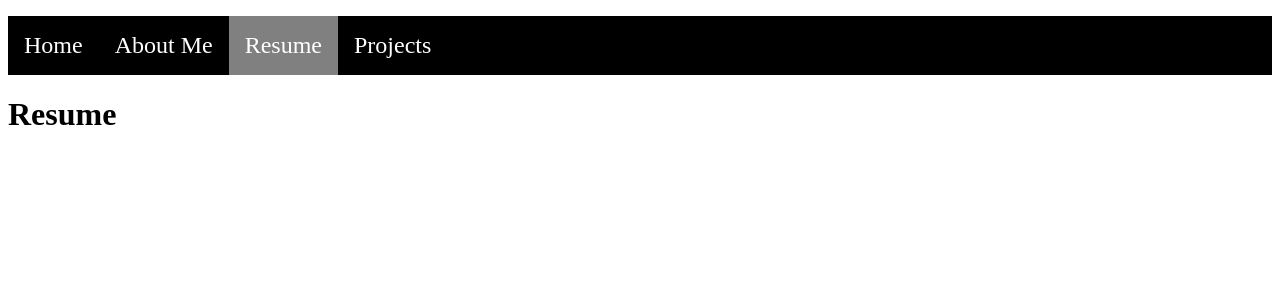
Repository: pflores002/pflores002.github.io
Page: resume.html
The author's editor kept a record of every edit. The page is drawn from the files as they stood at one moment, then again after the next edit.
The browser window is 1280 px wide. The pictures show the whole page.

Above is the page before.

After the next edit:
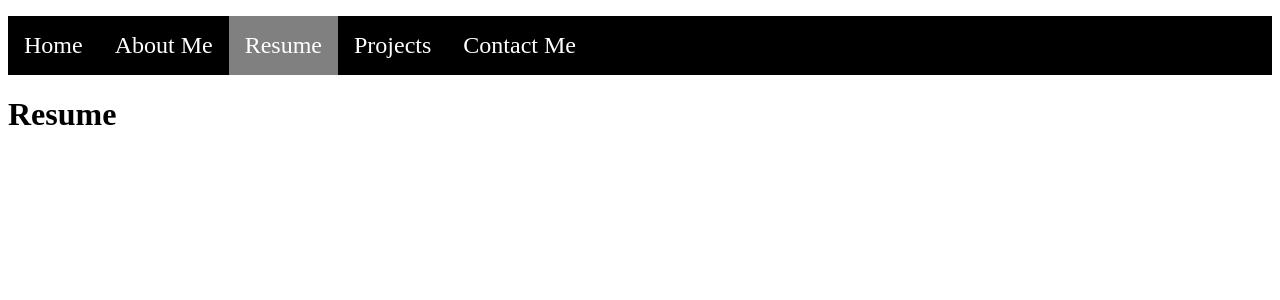
The edit:
--- a/resume.html
+++ b/resume.html
@@ -18,6 +18,7 @@
                     <li><a href="project3.html">Project 3</a></li>
                 </ul>
             </li>
+            <li><a href="contactme.html">Contact Me</a></li>
 
         </ul>
 
